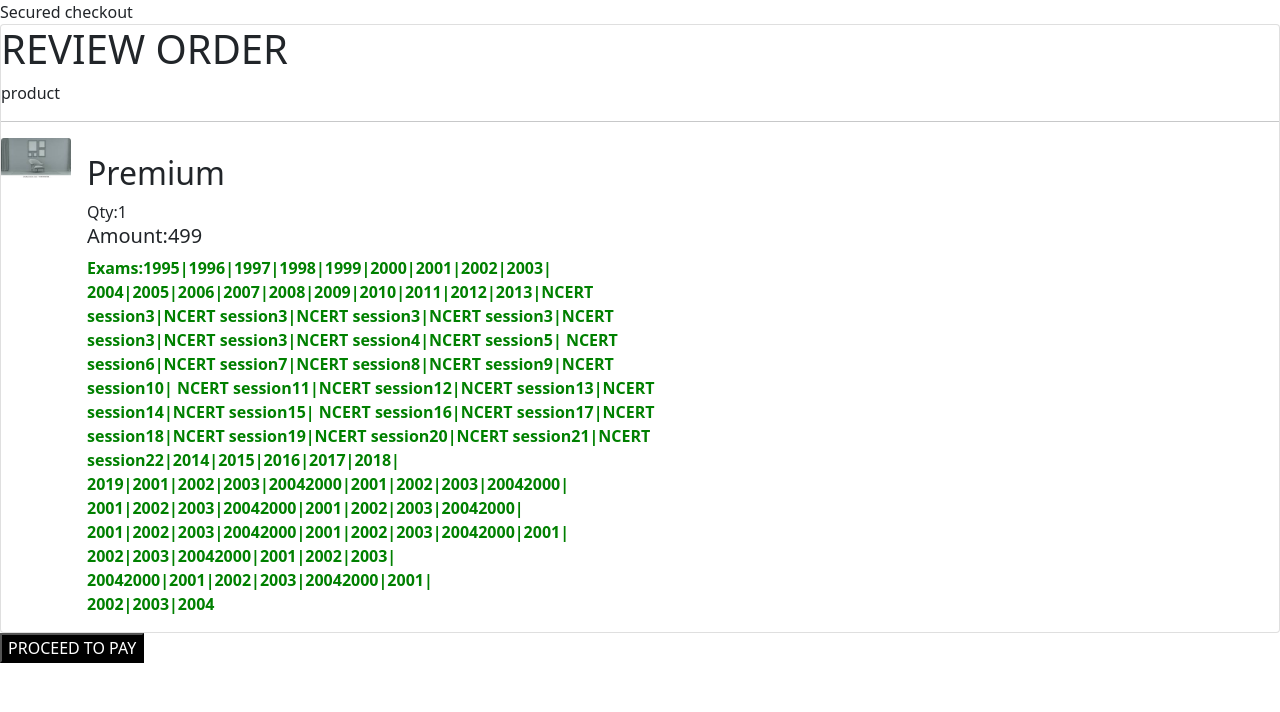
Repository: sreech465/e-prathibha
Page: /checkouts
These files come from the project's save history. The page is drawn as it stood at one moment and after the next save; the edit follows.
The browser window is 1280 px wide. The pictures show the whole page.
The project was rebuilt for these pictures with package versions that can differ from the ones it lists, and the page was loaded fresh each time. Also part of the build but not shown: src/Redux/Actions.js, src/Components/Register.js, src/Components/Verify.js, src/Components/Header.js, src/Components/Login.js, src/Components/Popup.css, src/Components/Popup.js, src/Components/WritExam.css and 9 more.

Above is the page before, as saved 2022-10-18 18:55:39.

### src/index.js
import React from "react";
import ReactDOM from "react-dom/client";
import "./index.css";
import App from "./App";
import reportWebVitals from "./reportWebVitals";
import { Provider } from "react-redux";
import { store } from "./Redux/Store";

import "bootstrap/dist/css/bootstrap.min.css";

const root = ReactDOM.createRoot(document.getElementById("root"));
root.render(
  <React.StrictMode>
    <Provider store={store}>
      <App />
    </Provider>
  </React.StrictMode>
);

// If you want to start measuring performance in your app, pass a function
// to log results (for example: reportWebVitals(console.log))
// or send to an analytics endpoint. Learn more: https://bit.ly/CRA-vitals
reportWebVitals();

### src/App.js
import "bootstrap/dist/css/bootstrap.min.css";
import "./App.css";
import Register from "./Components/Register";
import { useSelector } from "react-redux";
import Verify from "./Components/Verify";
import Header from "./Components/Header";
import Login from "./Components/Login";
import { Routes, Route } from "react-router-dom";
import WriteExam from "./Components/WriteExam";
import { BrowserRouter } from "react-router-dom";
import ListOfExams from "./Components/ListOfExams";
import CategoryOfExams from "./Components/CategoryOfExams";
import PremiumList from "./Components/PremiumList";
import MockList from "./Components/MockList";
import PwriteExam from "./Components/PwriteExam";
import Sidebar from "./Components/Sidebar";
import Packageanu from "./Components/Packageanu";
import Checkouts from "./Components/Checkouts";
function App() {
  const state = useSelector((state) => state);
  console.log(state);

  return (
    <>
      <div className="App">
        <BrowserRouter>
          <Routes>
            <Route path="/register" element={<Register />} />
            <Route path="/Verify" element={<Verify />} />
            <Route path="/" element={<Login />} />
            <Route path="/ListOfExams" element={<ListOfExams />} />
            <Route path="/PremiumList" element={<PremiumList />} />
            <Route path="/MockList" element={<MockList />} />
            <Route path="/CategoryOfExams" element={<CategoryOfExams />} />
            <Route path="/ListOfExams/:id" element={<WriteExam />} />
            <Route path="/PremiumList/:id" element={<WriteExam />} />
            <Route path="/packages" element={<Packageanu />} />
            <Route path="/checkouts" element={<Checkouts />} />
          </Routes>
        </BrowserRouter>
      </div>
    </>
  );
}

export default App;

### src/Redux/Store.js
import { applyMiddleware } from "redux";

import { createStore } from "redux";
import thunk from "redux-thunk";
import { rootreducer } from "./CombineReducers";

export const store = createStore(rootreducer, applyMiddleware(thunk));

### src/App.css
.Sidebar {

  height:100%;
  width:50px;
  background-color: black;
  top:0;
  position:fixed;


}

body{
  margin:0;
  padding:0;
}

.App{
  width:100vw;
  height: 100vh;
}

.SidebarList{
  height: auto;
  padding: 0;
  width:100%;
}

.SidebarList .row{
  width:100%;
  height: 50px;
  border: rgba(11, 11, 11, 0.851);
list-style-type: none;
margin: 0;
color: white;
left: 0;
font-family: 'Lucida Sans', 'Lucida Sans Regular', 'Lucida Grande', 'Lucida Sans Unicode', Geneva, Verdana, sans-serif;
}

.row #icon {
  flex: 30%;
  display: grid;
  place-items: center;
}

### src/Components/Checkouts.js
import React from "react";

const Checkouts = () => {
  return (
    <>
      <div>Secured checkout</div>

      <div class="card">
        <h1>REVIEW ORDER</h1>
        <div>product</div>
        <hr />
        <div style={{ display: "flex" }}>
          <img
            class="card-img-top"
            style={{ width: 70, height: 40 }}
            src="data:[embedded picture, 3279 characters]"
            alt="Card image cap"
          />
          <div class="card-body">
            <h2>Premium</h2>
            <div>Qty:1</div>
            <h5>Amount:499</h5>
            <div style={{ color: "green", fontWeight: "bold" }}>
              Exams:1995|1996|1997|1998|1999|2000|2001|2002|2003|
              <br />
              2004|2005|2006|2007|2008|2009|2010|2011|2012|2013|NCERT
              <br />
              session3|NCERT session3|NCERT session3|NCERT session3|NCERT
              <br />
              session3|NCERT session3|NCERT session4|NCERT session5| NCERT
              <br />
              session6|NCERT session7|NCERT session8|NCERT session9|NCERT
              <br />
              session10| NCERT session11|NCERT session12|NCERT session13|NCERT
              <br />
              session14|NCERT session15| NCERT session16|NCERT session17|NCERT
              <br />
              session18|NCERT session19|NCERT session20|NCERT session21|NCERT
              <br />
              session22|2014|2015|2016|2017|2018|
              <br />
              2019|2001|2002|2003|20042000|2001|2002|2003|20042000|
              <br />
              2001|2002|2003|20042000|2001|2002|2003|20042000|
              <br />
              2001|2002|2003|20042000|2001|2002|2003|20042000|2001|
              <br />
              2002|2003|20042000|2001|2002|2003|
              <br />
              20042000|2001|2002|2003|20042000|2001|
              <br />
              2002|2003|2004
            </div>
          </div>
        </div>
      </div>
      <button style={{ backgroundColor: "black", color: "white" }}>
        PROCEED TO PAY
      </button>
    </>
  );
};

export default Checkouts;

### src/Redux/CombineReducers.js
import { combineReducers } from "redux";
import {
  loginReducer,
  packageReducer,
  payReducer,
  submitExamReducer,
} from "./Reducer";
import { endExamReducer } from "./Reducer";
import { yearlyQreducer } from "./Reducer";
import { verifyReducer } from "./Reducer";
import { registerReducer } from "./Reducer";
import { writeExamReducer } from "./Reducer";
import { premiumReducer } from "./Reducer";
import { mockReducer } from "./Reducer";

export const rootreducer = combineReducers({
  RegisterReducer: registerReducer,
  VerifyReducer: verifyReducer,
  LoginReducer: loginReducer,
  GetYearlyReducer: yearlyQreducer,
  WexamReducer: writeExamReducer,
  EexamReducer: endExamReducer,
  PremiumReducer: premiumReducer,
  MockReducer: mockReducer,
  SubmitExamReducer: submitExamReducer,
  PayReducer: payReducer,
  PackageReducer: packageReducer,
});

### src/Components/Sidebardata.js
import React from "react";
import HomeIcon from "@mui/icons-material/Home";
import ShoppingCartIcon from "@mui/icons-material/ShoppingCart";
import LegendToggleIcon from "@mui/icons-material/LegendToggle";
import LiveHelpIcon from "@mui/icons-material/LiveHelp";
import ManageSearchIcon from "@mui/icons-material/ManageSearch";
import AssistantPhotoIcon from "@mui/icons-material/AssistantPhoto";
import BuildIcon from "@mui/icons-material/Build";
import DomainVerificationIcon from "@mui/icons-material/DomainVerification";
export const Sidebardata = [
  {
    title: "",
    icon: <HomeIcon />,
    link: "/",
  },
  {
    title: "",
    icon: <ShoppingCartIcon />,
    link: "/packages",
  },
  {
    title: "",
    icon: <LegendToggleIcon />,
    link: "/summary",
  },
  {
    title: "",
    icon: <AssistantPhotoIcon />,
    link: "/result",
  },
  {
    title: "",
    icon: <ManageSearchIcon />,
    link: "/search",
  },
  {
    title: "",
    icon: <LiveHelpIcon />,
    link: "/help",
  },
  {
    title: "",
    icon: <BuildIcon />,
    link: "/help",
  },

  {
    title: "",
    icon: <DomainVerificationIcon />,
    link: "/help",
  },
];

### src/Redux/Reducer.js
import { Actions } from "../Components/types";

const initialstate1 = {
  user1: "",
  user2: "",
  user3: "",
  user4: "",
  user5: "",
  user6: "",
  user7: "",
  user8: "",
  user9: "",
  user10: "",
  user11: "",
};

export const loginReducer = (state = initialstate1, action) => {
  const { type, payload } = action;

  switch (type) {
    case Actions.LOGIN:
      return { ...state, user3: payload };
    default:
      return state;
  }
};

export const registerReducer = (state = initialstate1, action) => {
  const { type, payload } = action;

  switch (type) {
    case Actions.REGISTER:
      return { ...state, user1: payload };
    default:
      return state;
  }
};

export const verifyReducer = (state = initialstate1, action) => {
  const { type, payload } = action;

  switch (type) {
    case Actions.VERIFY:
      return { ...state, user2: payload };
    default:
      return state;
  }
};

export const yearlyQreducer = (state = initialstate1, action) => {
  const { type, payload } = action;

  switch (type) {
    case Actions.GETYEARLYQUESTIONS:
      return { ...state, user4: payload };
    default:
      return state;
  }
};

export const premiumReducer = (state = initialstate1, action) => {
  const { type, payload } = action;

  switch (type) {
    case Actions.PREMIUMEXAMS:
      return { ...state, user7: payload };
    default:
      return state;
  }
};

export const mockReducer = (state = initialstate1, action) => {
  const { type, payload } = action;

  switch (type) {
    case Actions.MOCKEXAMS:
      return { ...state, user8: payload };
    default:
      return state;
  }
};

export const writeExamReducer = (state = initialstate1, action) => {
  const { type, payload } = action;

  switch (type) {
    case Actions.WRITETHEEXAM:
      return { ...state, user5: payload };
    default:
      return state;
  }
};

export const submitExamReducer = (state = initialstate1, action) => {
  const { type, payload } = action;

  switch (type) {
    case Actions.SUBMITEXAM:
      return { ...state, user9: payload };
    default:
      return state;
  }
};

export const endExamReducer = (state = initialstate1, action) => {
  const { type, payload } = action;

  switch (type) {
    case Actions.ENDTHEEXAM:
      return { ...state, user6: payload };
    default:
      return state;
  }
};

export const payReducer = (state = initialstate1, action) => {
  const { type, payload } = action;

  switch (type) {
    case Actions.PAYDETAILS:
      return { ...state, user10: payload };
    default:
      return state;
  }
};

export const packageReducer = (state = initialstate1, action) => {
  const { type, payload } = action;

  switch (type) {
    case Actions.PACKAGEDETAILS:
      return { ...state, user11: payload };
    default:
      return state;
  }
};

### src/Components/types.js
export const Actions = {
  LOGIN: "LOGIN",
  REGISTER: "REGISTER",
  VERIFY: "VERIFY",
  GETYEARLYQUESTIONS: "GETYEARLYQUESTIONS",
  WRITETHEEXAM: "WRITETHEEXAM",
  SUBMITEXAM: "SUBMITEXAM",
  ENDTHEEXAM: "ENDTHEEXAM",
  PREMIUMEXAMS: "PREMIUMEXAMS",
  MOCKEXAMS: "MOCKEXAMS",
  PAYDETAILS: "PAYDETAILS",
  PACKAGEDETAILS: "PACKAGEDETAILS",
};

Loaded but not shown: public/index.html (common file); src/index.css (common file); src/reportWebVitals.js (common file)

After the next save:
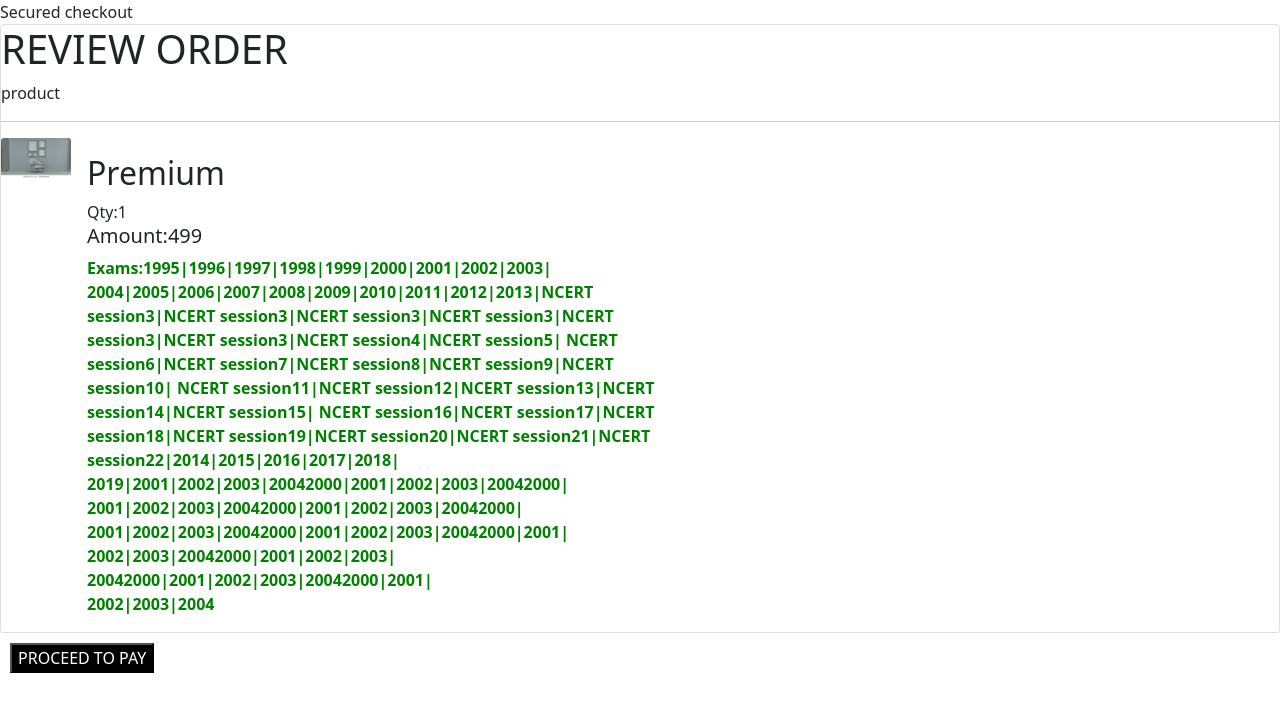
Saved 18 s later.
--- a/src/Components/Checkouts.js
+++ b/src/Components/Checkouts.js
@@ -54,7 +54,7 @@ const Checkouts = () => {
           </div>
         </div>
       </div>
-      <button style={{ backgroundColor: "black", color: "white" }}>
+      <button style={{ backgroundColor: "black", color: "white", margin: 10 }}>
         PROCEED TO PAY
       </button>
     </>
